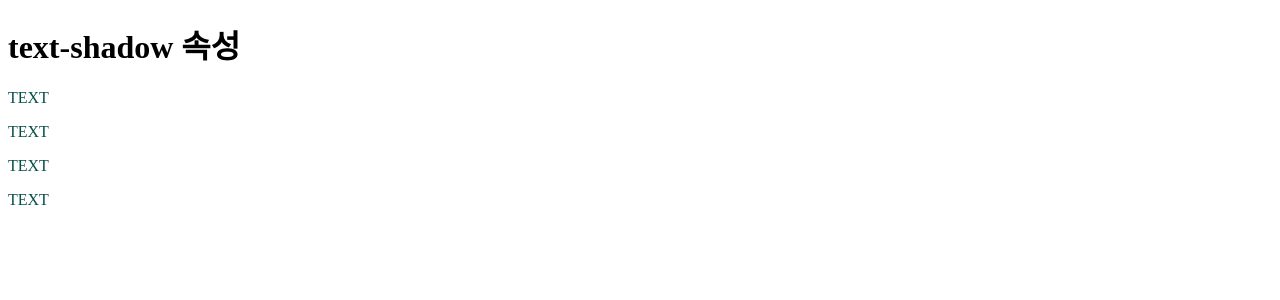
Repository: cussip/SuperHands
Page: WebExam/src/main/webapp/css/fonts/text/text-shadow.html
An editor plug-in stored every save of this project. The page is shown before and after the next save, followed by the edit.
The browser window is 1280 px wide. The pictures show the whole page.

Above is the page before, as saved 2022-01-31 03:07:22.

### WebExam/src/main/webapp/css/fonts/text/text-shadow.html
<!DOCTYPE html>
<html>
<head>
	<meta charset="UTF-8">
	<title>text-shadow.html</title>
	<style>
		p {
			color: rgb(5, 77, 74);
		}
	</style>
</head>
<body>
	<!-- 텍스트에 그림자를 지정한다 -->
	<h1>text-shadow 속성</h1>
	<p class="shadow01">TEXT</p>
	<p class="shadow02">TEXT</p>
	<p class="shadow03">TEXT</p>
	<p class="shadow04">TEXT</p>
</body>
</html>

After the next save:
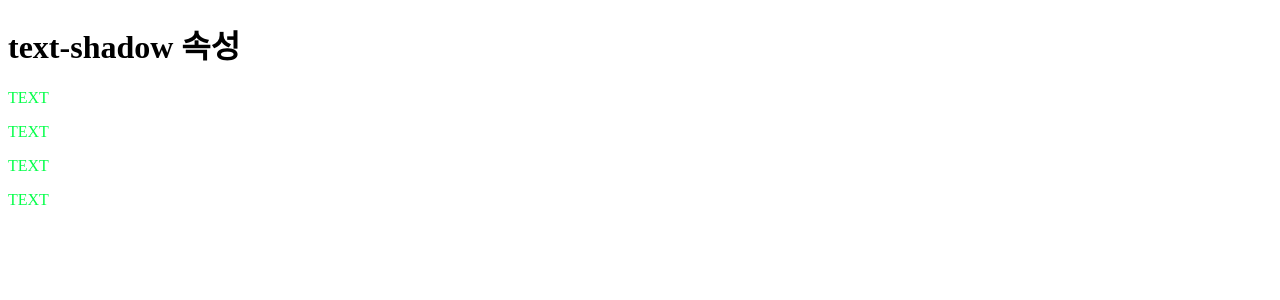
Saved 67 s later.
--- a/WebExam/src/main/webapp/css/fonts/text/text-shadow.html
+++ b/WebExam/src/main/webapp/css/fonts/text/text-shadow.html
@@ -5,7 +5,7 @@
 	<title>text-shadow.html</title>
 	<style>
 		p {
-			color: rgb(5, 77, 74);
+			color: rgb(5, 255, 74);
 		}
 	</style>
 </head>

After the save that followed:
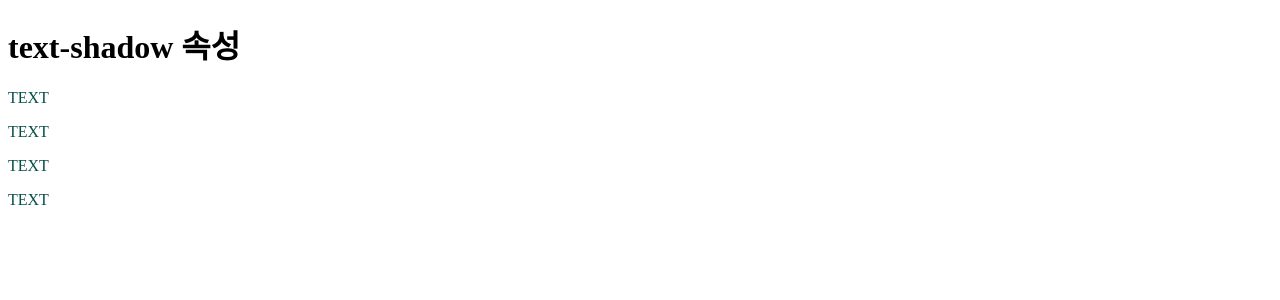
Saved 6 s later.
--- a/WebExam/src/main/webapp/css/fonts/text/text-shadow.html
+++ b/WebExam/src/main/webapp/css/fonts/text/text-shadow.html
@@ -5,7 +5,7 @@
 	<title>text-shadow.html</title>
 	<style>
 		p {
-			color: rgb(5, 255, 74);
+			color: rgb(5, 77, 74);
 		}
 	</style>
 </head>
